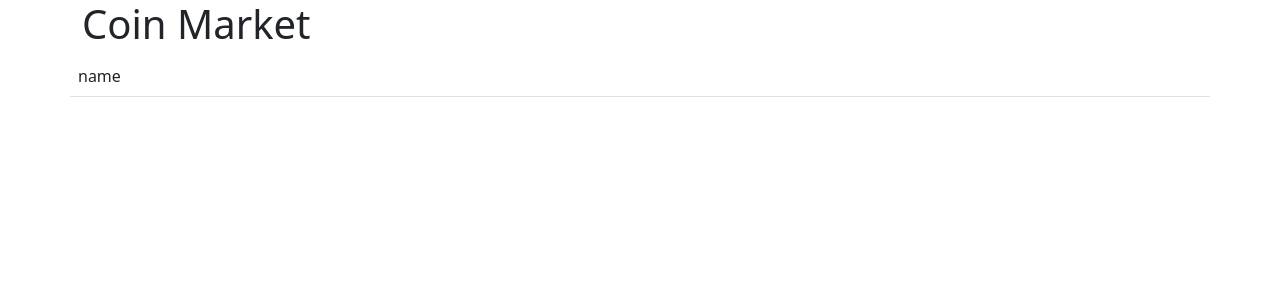
Repository: Ellisvelandia/react-coingecko-api
Page: /
The author's editor kept a copy of each file at every save. The page is drawn from the files as they stood at one save, then again after a run of saves.
The browser window is 1280 px wide. The pictures show the whole page.
The page's requests for data from a server got no answer. The project was rebuilt for these pictures with package versions that can differ from the ones it lists, and the page was loaded fresh each time. No one was signed in, and anything a server would have sent is missing. Also part of the build but not shown: src/index.css, src/App.css.

Above is the page before, as saved 2022-09-11 23:08:07.

### public/index.html
<!DOCTYPE html>
<html lang="en">
  <head>
    <meta charset="utf-8" />
    <link rel="icon" href="%PUBLIC_URL%/favicon.ico" />
    <meta name="viewport" content="width=device-width, initial-scale=1" />
    <meta name="theme-color" content="#000000" />
    <meta
      name="description"
      content="Web site created using create-react-app"
    />
    <link rel="apple-touch-icon" href="%PUBLIC_URL%/logo192.png" />

    <link rel="manifest" href="%PUBLIC_URL%/manifest.json" />

    <title>Coin Market</title>
  </head>
  <body>
    <noscript>You need to enable JavaScript to run this app.</noscript>
    <div id="root"></div>

  </body>
</html>

### src/index.js
import React from 'react';
import ReactDOM from 'react-dom/client';
import './index.css';
import App from './App';
import "bootstrap/dist/css/bootstrap.min.css";

const root = ReactDOM.createRoot(document.getElementById('root'));
root.render(
  <React.StrictMode>
    <App />
  </React.StrictMode>
);

### src/App.js
import { useEffect, useState } from "react";
import "./App.css";
import axios from "axios";
import TableCoins from "./components/TableCoins";

function App() {
  const [coins, setCoins] = useState([]);

  const getData = async () => {
    const res = await axios.get(
      "https://api.coingecko.com/api/v3/coins/markets?vs_currency=usd&order=market_cap_desc&per_page=100&page=1"
    );
    console.log(res.data);
    setCoins(res.data);
  };

  useEffect(() => {
    getData();
  }, []);

  return (
    <div className="container">
      <div className="row">
        <h1>Coin Market</h1>
        <TableCoins coins={coins} />
      </div>
    </div>
  );
}

export default App;

### src/components/TableCoins.js
import React from "react";

const TableCoins = ({ coins }) => {
  return (
    <table className="table ">
      <thead>
        <tr>
          <td>name</td>
        </tr>
      </thead>
      <tbody>
        {coins.map((coin) => (
          <tr>{coin.name}</tr>
        ))}
      </tbody>
    </table>
  );
};

export default TableCoins;

After the next 3 saves:
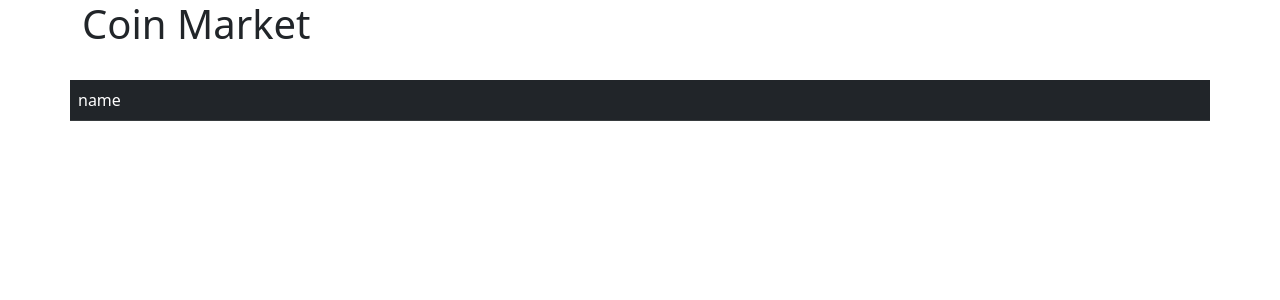
The 3 saves are shown as one change because they came seconds apart.
The last was saved 9 s later.
--- a/src/components/TableCoins.js
+++ b/src/components/TableCoins.js
@@ -2,7 +2,7 @@ import React from "react";
 
 const TableCoins = ({ coins }) => {
   return (
-    <table className="table ">
+    <table className="table table-dark mt-4  ">
       <thead>
         <tr>
           <td>name</td>
